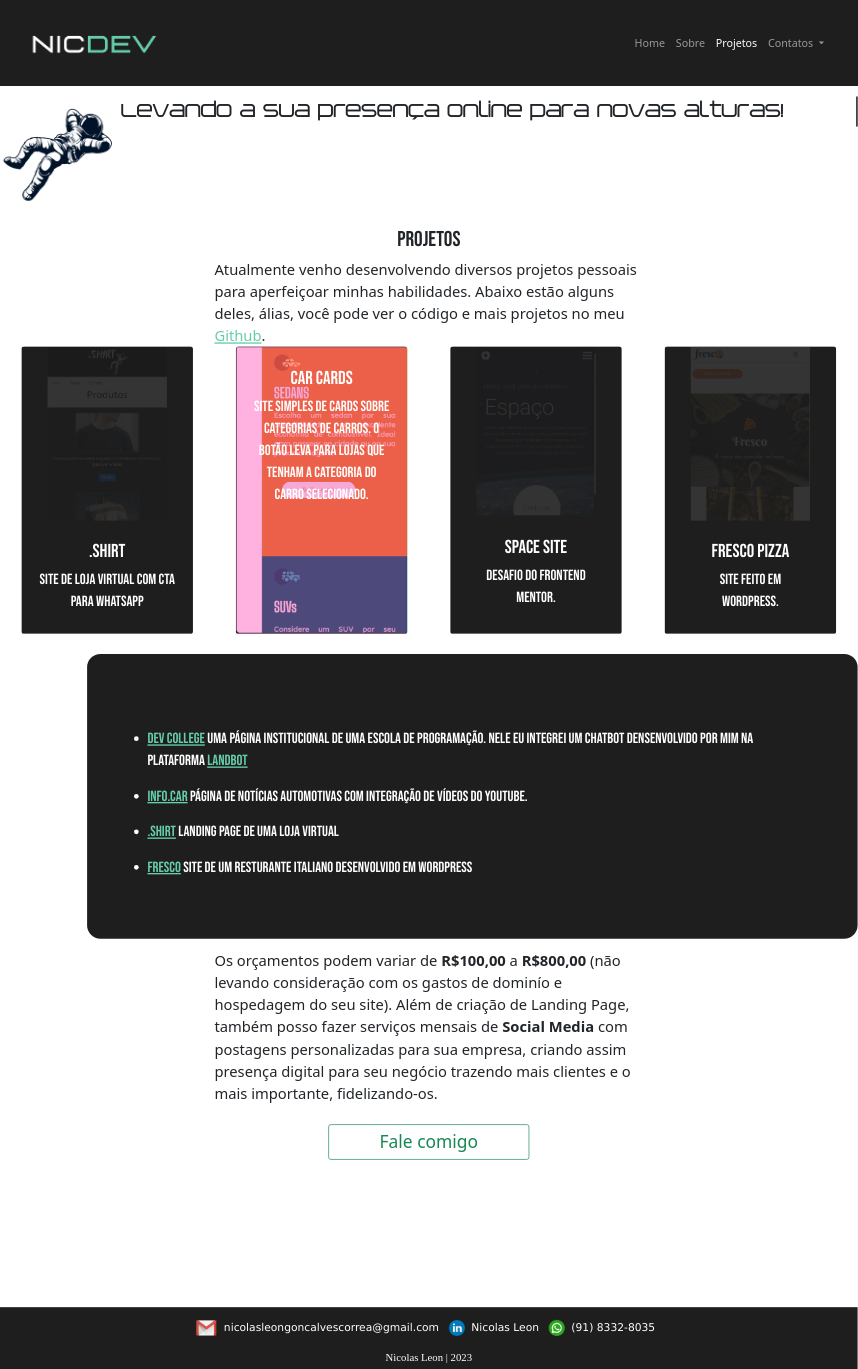
Repository: Leonngc/nicdev
Page: projects.html
An editor plug-in stored every save of this project. The page is shown before and after a run of saves, followed by the edit.
The browser window is 1280 px wide. The pictures show the whole page, at 67% of full size.

Above is the page before, as saved 2023-06-04 23:08:23.

### projects.html
<!DOCTYPE html>
<html lang="pt-br">
  <head>
    <meta charset="UTF-8" />
    <meta http-equiv="X-UA-Compatible" content="IE=edge" />
    <meta name="viewport" content="width=device-width, initial-scale=1.0" />
    <title>nicdev - Projetos</title>
    <!-- Google tag (gtag.js) -->
<script async src="https://www.googletagmanager.com/gtag/js?id=G-E2XWESC90Y"></script>
<script>
  window.dataLayer = window.dataLayer || [];
  function gtag(){dataLayer.push(arguments);}
  gtag('js', new Date());

  gtag('config', 'G-E2XWESC90Y');
</script>
    <link
      href="https://cdn.jsdelivr.net/npm/bootstrap@5.0.2/dist/css/bootstrap.min.css"
      rel="stylesheet"
      integrity="sha384-EVSTQN3/azprG1Anm3QDgpJLIm9Nao0Yz1ztcQTwFspd3yD65VohhpuuCOmLASjC"
      crossorigin="anonymous"
    />

    <link rel="stylesheet" href="styles/scrollbar.css" />
    <link rel="stylesheet" href="styles/footer.css" />
    <link rel="stylesheet" href="styles/projects.css"/>
    ">
  </head>
  <body>
    <header style="background-color: #1e1e1e; padding: 30px" class="fixed-top">
      <nav class="navbar navbar-expand-lg navbar-dark">
        <div class="container-fluid">
          <a class="navbar-brand" href="index.html"
            ><img
              src="images/nicdev-logo.png"
              alt="logo da NicDev"
              style="width: 200px"
          /></a>
          <button
            class="navbar-toggler"
            type="button"
            data-bs-toggle="collapse"
            data-bs-target="#navbarNavDropdown"
            aria-controls="navbarNavDropdown"
            aria-expanded="false"
            aria-label="Toggle navigation"
          >
            <span class="navbar-toggler-icon"></span>
          </button>
          <div
            class="collapse navbar-collapse justify-content-end"
            id="navbarNavDropdown"
          >
            <ul class="navbar-nav">
              <li class="nav-item">
                <a class="nav-link" href="index.html" target="_parent">Home</a>
              </li>
              <li class="nav-item">
                <a class="nav-link" href="about.html" target="_parent">Sobre</a>
              </li>
              <li class="nav-item">
                <a class="nav-link active disabled" href="#">Projetos</a>
              </li>
              <li class="nav-item dropdown">
                <a
                  class="nav-link dropdown-toggle"
                  href="#"
                  id="navbarDropdownMenuLink"
                  role="button"
                  data-bs-toggle="dropdown"
                  aria-expanded="false"
                >
                  Contatos
                </a>
                <ul
                  class="dropdown-menu"
                  aria-labelledby="navbarDropdownMenuLink"
                >
                  <li>
                    <a class="dropdown-item" href="https://wa.me/91983328035"
                      >WhatsApp
                      <img src="images/whatsapp.png" alt="" class="redes-logo"
                    /></a>
                  </li>
                  <li>
                    <a class="dropdown-item" href="mailto:nicolasleongoncalvescorre@gmail.com?Subject=Interesse%20em%20um%20website&Body=Ola%2C%20vi%20seu%20site%20de%20portfolio%20e%20fiquei%20interessado%20em%20fazer%20um%20or%E7amento.%0A%0A---obs%28Retornarei%20seu%20email%20em%20ate%2030%20minutos%29"
                      >Email
                      <img src="images/gmail (1).png" alt="" class="redes-logo"
                    /></a>
                  </li>
                  <li>
                    <a class="dropdown-item" href="https://www.linkedin.com/in/nicolas-leon-70038921b/"
                      >Linkedin
                      <img src="images/linkedin.png" alt="" class="redes-logo"
                    /></a>
                  </li>
                </ul>
              </li>
            </ul>
          </div>
        </div>
      </nav>
    </header>

  <div class="slogan-container">
    <img src="images/astronauta.png" alt="" class="astronauta"> <p class="slogan">Levando a sua presença online para novas alturas!</p>
  </div>
    <main>
      <h2>Projetos</h2>

      <p>Atualmente venho desenvolvendo diversos projetos pessoais para aperfeiçoar minhas habilidades. Abaixo estão alguns deles, álias, você pode ver o código  e mais projetos no meu <a href="https://github.com/Leonngc" target="_blank">Github</a>.</p>


      <section class="cards-container">
        <div class="card">
          <img src="images/2023-06-04 (1).png" alt="">
          <div class="info-card">
            <h3>.Shirt</h3>
            <p>Site de loja virtual com CTA para WhatsApp</p>
          </div>
        </div>
        <div class="card" id="card-0">
          <div class="info-card">
            <h3>
              Car Cards
            </h3>
            <p>Site simples de cards sobre categorias de carros. O botão leva para lojas que tenham a categoria do carro selecionado.</p>
          </div>
        </div>
        <div class="card">
          <img src="images/spacesite.png" alt="">
          <div class="info-card">
            <h3>
              Space Site
            </h3>
            <p>Desafio do Frontend Mentor.</p>
          </div>
        </div>
        <div class="card">
          <img src="images/frescosite.png" alt="">
          <div class="info-card">
            <h3>
              Fresco Pizza
            </h3>
            <p>Site feito em Wordpress.</p>
          </div>
        </div>
      </section>




      <ul>
        <li><a href="https://leonngc.github.io/dev-college/" target="_blank">Dev College</a> Uma página institucional de uma escola de programação. Nele eu integrei um chatbot  densenvolvido por mim na plataforma <a href="https://landbot.io/" target="_blank">Landbot</a>
        </li>
        <li>
          <a href="https://leonngc.github.io/projeto-info.car/" target="_blank">Info.Car</a> página de notícias automotivas com integração de vídeos do Youtube.
        </li>

        <li>
          <a href="https://leonngc.github.io/projeto-shirt/" target="_blank">.Shirt</a> Landing Page de uma loja virtual
        </li>

        <li>
          <a href="https://pizzasitewp.netlify.app/" target="_blank">Fresco</a> Site de um resturante italiano desenvolvido em Wordpress
        </li>

      </ul>

      <p>Os orçamentos podem variar de <strong>R$100,00</strong> a <strong>R$800,00</strong> (não levando consideração com os gastos de dominío e hospedagem do seu site). Além de criação de Landing Page, também posso fazer serviços mensais de <strong>Social Media</strong> com postagens personalizadas para sua empresa, criando assim presença digital para seu negócio trazendo mais clientes e o mais importante, fidelizando-os.</p>
      <a href="https://wa.me/91983328035" target="_blank"><button type="button" class="btn btn-outline-success" style="width: 300px; font-size: 26px; margin-bottom: 20px; margin-top: 30px;">Fale comigo</button></a>
    </main>

    <footer>
      <p><img src="images/gmail.png" alt=""><a href="mailto:nicolasleongoncalvescorre@gmail.com?Subject=Interesse%20em%20um%20website&Body=Ola%2C%20vi%20seu%20site%20de%20portfolio%20e%20fiquei%20interessado%20em%20fazer%20um%20or%E7amento.%0A%0A---obs%28Retornarei%20seu%20email%20em%20ate%2030%20minutos%29">nicolasleongoncalvescorrea@gmail.com</a> <img src="images/linkedin.png" alt=""><a href="https://www.linkedin.com/in/nicolas-leon-70038921b/">Nicolas Leon</a> <img src="images/whatsapp.png" alt=""><a href="https://wa.me/91983328035" target="_blank">(91) 8332-8035</a></p>
      <p class="rights">Nicolas Leon | 2023</p>
    </footer>
    <script
      src="https://cdn.jsdelivr.net/npm/bootstrap@5.0.2/dist/js/bootstrap.bundle.min.js"
      integrity="sha384-MrcW6ZMFYlzcLA8Nl+NtUVF0sA7MsXsP1UyJoMp4YLEuNSfAP+JcXn/tWtIaxVXM"
      crossorigin="anonymous"
    ></script>
  </body>
</html>

### styles/scrollbar.css
body{
    overflow-x: hidden;
}
body::-webkit-scrollbar {
    width: 6px;               /* width of the entire scrollbar */
  }

  body::-webkit-scrollbar-track {
    background: rgb(5, 5, 5);        /* color of the tracking area */
  }

  body::-webkit-scrollbar-thumb {
    background-color: #4BC6B9;    /* color of the scroll thumb */
    border-radius: 20px;       /* roundness of the scroll thumb */
  }

  .redes-logo{
    width: 30px;
    padding: 6px;
  }

### styles/footer.css
footer{
    background-color: #1e1e1e;;
    text-align: center;
    margin-top: 200px;
    padding: 15px;
    height: 13vh;
}

footer > p  a{
    padding: 10px;
    text-decoration: none;
    color: white;
    font-family: 'Lucida Sans', 'Lucida Sans Regular', 'Lucida Grande', 'Lucida Sans Unicode', Geneva, Verdana, sans-serif;
}

footer > p > a:hover{
    color: #66CDAA;
    transition: 1s;
}

.rights{
    color: white;
    font-family: 'Times New Roman', Times, serif;
}
 @media screen and (max-width:900px) {
    footer{
        margin-top: 100px;
        height: 16vh;
        word-wrap: break-word;
    }
    footer > p > a{
        color: #d1d5d4;
    }
 }

### styles/projects.css
@import url('https://fonts.googleapis.com/css2?family=Bebas+Neue&display=swap'); /* CDN GOOGLE  FONT */
@import url('https://cdn-uicons.flaticon.com/uicons-solid-straight/css/uicons-solid-straight.css'); /* CDN ICON*/
@font-face {
    font-family: Lastica;
    src: url(../fonts/instrg.ttf);
}

@keyframes typewriter {
    from {
      width: 0%;
    }
    to {
      width: 50%;
    }
  }
  @keyframes blink {
    from {
      border-color: black;
    }
    to {
      border-color: transparent;
    }
  }

*{
    max-width: 100vw;
}

:root{
 --bebas-neue : 'Bebas Neue', cursive;
}

body{
    max-width: 100vw;
    overflow-x: hidden;
}

main{
    margin-top: 150px;
    text-align: center;
}

.slogan-container{
  margin-top: 120px;
}


.slogan{
    font-family: Lastica, sans-serif;
    font-weight: bold;
    font-size: 30px;
    overflow: hidden;
    animation: typewriter 2s steps(15) alternate,
      blink 800ms steps(15)  normal;
    border-right: 2px solid black;
}

.astronauta{
    width: 180px;
    float: left;
}

h2{
    font-family: var(--bebas-neue);
    text-align: center
}

main > p{
    text-align: start;
    margin: auto;
    width: 50vw;
    font-size: 22px;
}

main > ul{
    font-family: var(--bebas-neue);
    font-size: 22px;
    margin-left: 130px;
    margin-top: 30px;
    background-color: #1e1e1e;
    color: white;
    padding: 90px;
    border-radius: 20px;
    text-align: left;
}

main a{
    color: #66CDAA;
}

main > ul > li{
  margin-top: 20px;
}

li > img{
    width: 600px;
    padding: 50px;
}

.cards-container{
  display: flex;
  flex-wrap: wrap;
  justify-content: space-around;
}

.card{
  background-color: #1e1e1e;
  align-items: center;
  width: 20%;
}

.card > img{
  width: 70%;
  filter: opacity(10%);
}

#card-0{
  background-image: url(../images/carcards.png);
  background-repeat: no-repeat;
  background-size: cover;
  box-shadow: inset 0 0 0 50vw rgba(255,0,150,0.3);

}

.info-card{
  color: white;
  font-family: var(--bebas-neue);
  text-align: center;
  padding: 30px 0 30px;
}

.info-card > p{
  width: 80%;
  margin: auto;
  font-size: 22px;
}

@media screen and (max-width:900px){
    .astronauta{
        width: 100px;
    }
    .slogan{
        font-size: 12px;
        padding: 20px;
    }
    h2{
    margin: auto;
    }
    main{
      margin-top: 100px;
    }
   main > p{
    width: 90vw;
   }

   main > ul{
    margin: auto;
    margin-top: 30px;
    margin-bottom: 30px;
    font-size: 18px;
    padding: 30px;
   }

   main > ul > li{
    padding: 16px;
   }
}

After the next 2 saves:
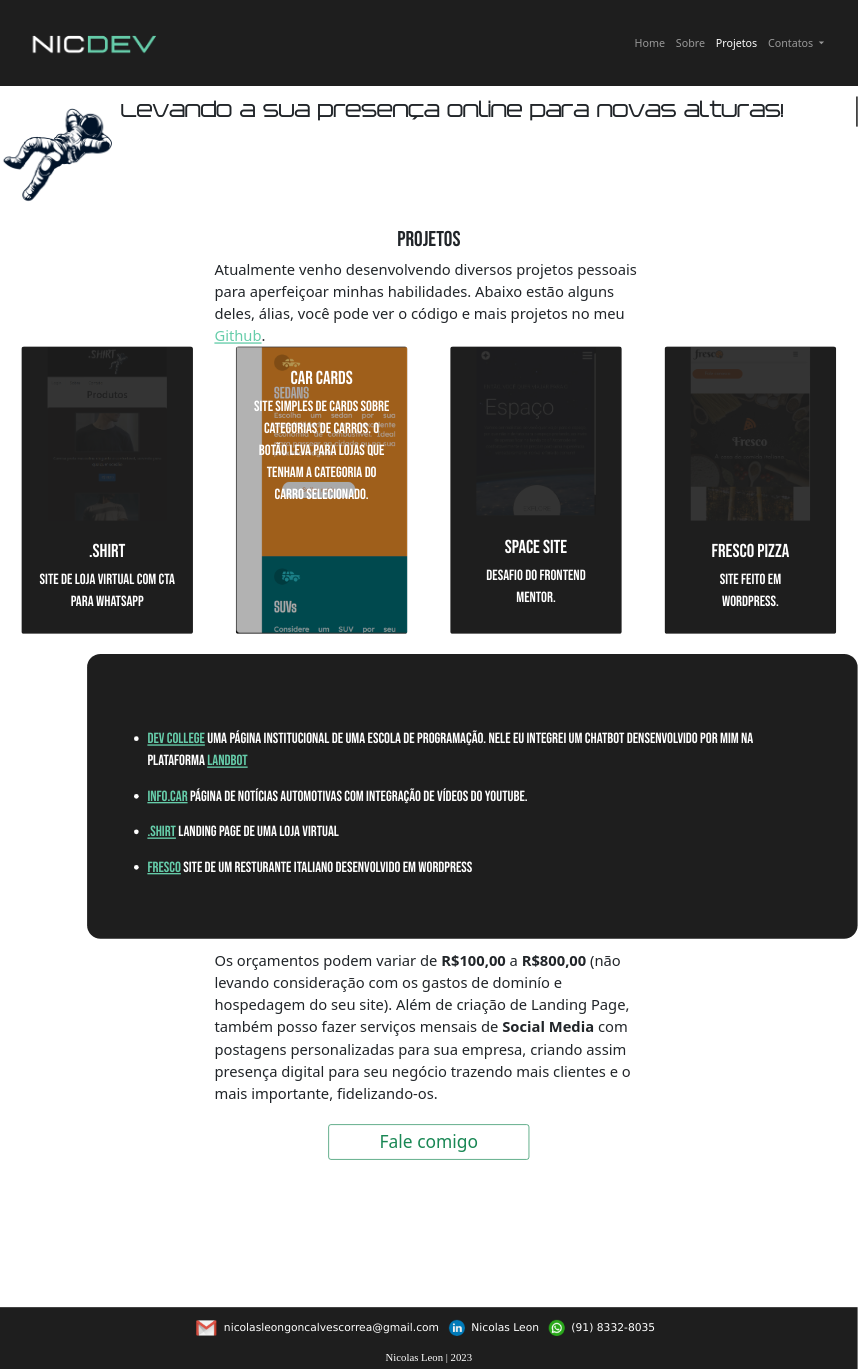
The 2 saves are shown as one change because they came seconds apart.
The last was saved 8 s later.
--- a/styles/projects.css
+++ b/styles/projects.css
@@ -118,7 +118,7 @@ li > img{
   background-image: url(../images/carcards.png);
   background-repeat: no-repeat;
   background-size: cover;
-  box-shadow: inset 0 0 0 50vw rgba(255,0,150,0.3);
+  box-shadow: inset 0 0 0 50vw rgba(0, 0, 0, 0.3);
 
 }
 
